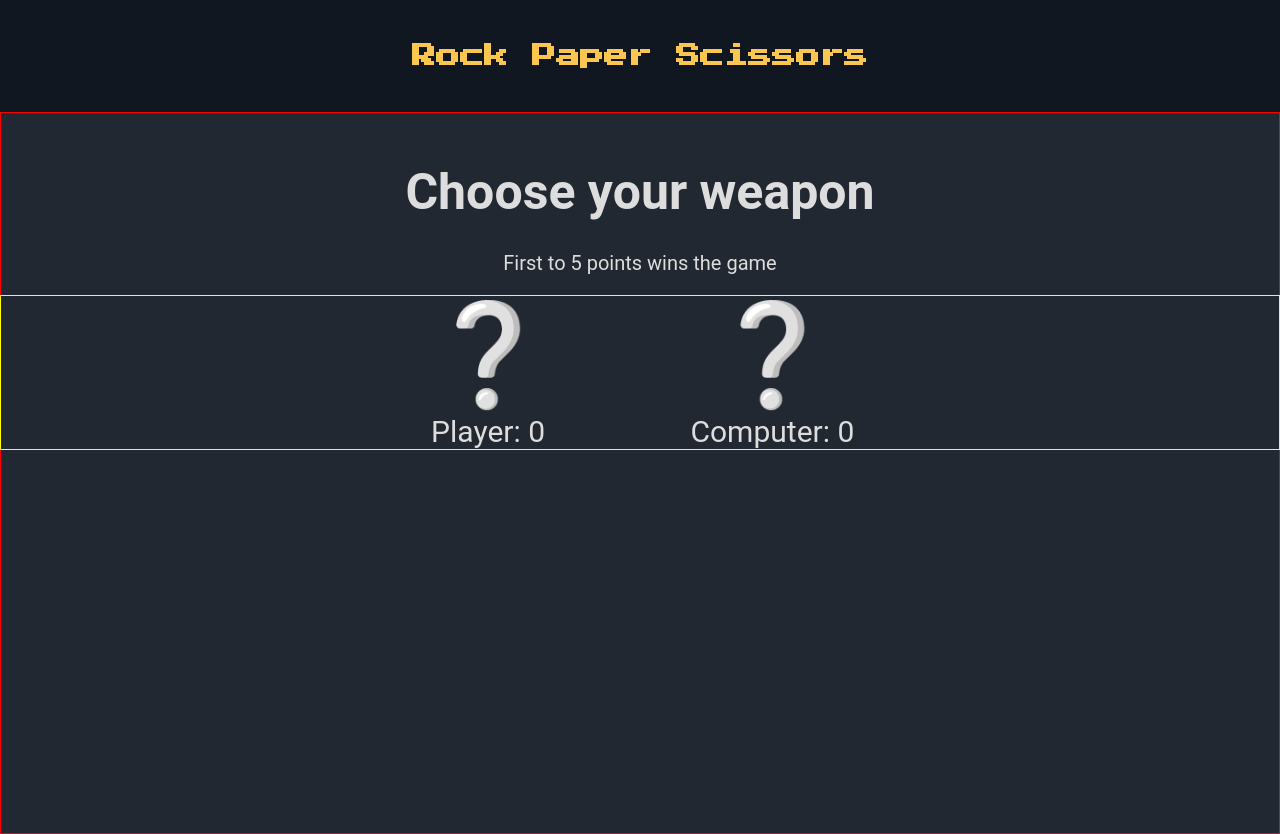
Repository: Aaryan-Poria/Rock-Paper-Scissors
Page: index.html
An editor plug-in stored every save of this project. The page is shown before and after the next save, followed by the edit.
The browser window is 1280 px wide. The pictures show the whole page.

Above is the page before, as saved 2023-08-22 23:03:16.

### index.html
<!DOCTYPE html>
<html lang="en">
  <head>
    <meta charset="UTF-8" />
    <meta name="viewport" content="width=device-width, initial-scale=1.0" />
    <title>Rock Paper Scissors</title>
    <link rel="preconnect" href="https://fonts.googleapis.com" />
    <link rel="preconnect" href="https://fonts.gstatic.com" crossorigin />
    <link
      href="https://fonts.googleapis.com/css2?family=Press+Start+2P&display=swap"
      rel="stylesheet"
    />
    <link rel="stylesheet" href="style.css" />
  </head>

  <body>
    <section class="head">
      <h2>Rock Paper Scissors</h2>
    </section>
    <section class="main">
      <div class="main-text">
        <h3>Choose your weapon</h3>
        <p>First to 5 points wins the game</p>
      </div>
      <div class="text-content">
        <div class="info player">
          <p class="qmark 1">❔</p>
          <p class="score 1">Player: 0</p>
        </div>
        <div class="info comp">
          <p class="qmark 2">❔</p>
          <p class="score 2">Computer: 0</p>
        </div>
      </div>
    </section>
  </body>
</html>

### style.css
body {
  margin: 0;
  padding: 0;
  display: flex;
  flex-direction: column;
  min-height: 100%;
  min-width: 100%;
}
.head {
  display: flex;
  justify-content: center;
  align-items: center;
  color: #fac650;
  background-color: #111720;
  font-family: "Press Start 2P", cursive;
  height: 7rem;
}
.main {
  display: flex;
  flex-grow: 1;
  height: 100vh;
  flex-direction: column;
  background-color: #222831;
  color: #dddddd;
  font-family: "Roboto", sans-serif;
  align-items: center;
  border: 1px solid red;
}

.main-text {
  /* border: 1px solid green; */
  display: flex;
  flex-direction: column;
  justify-content: center;
  align-items: center;
}
.main-text > h3 {
  font-size: 50px;
}
.main-text > p {
  font-size: 20px;
  margin-top: -20px;
}
.text-content {
  display: flex;
  width: 100%;
  border: 1px solid yellow;
  display: flex;
  font-size: 30px;
  justify-content: center;
  align-items: center;
  gap: 140px;
}
.info {
  display: flex;
  flex-direction: column;
  justify-content: center;
  align-items: center;
}
.qmark {
  margin: 0;
  padding: 0;
  font-size: 100px;
}
.score {
  margin: 0;
}

After the next save:
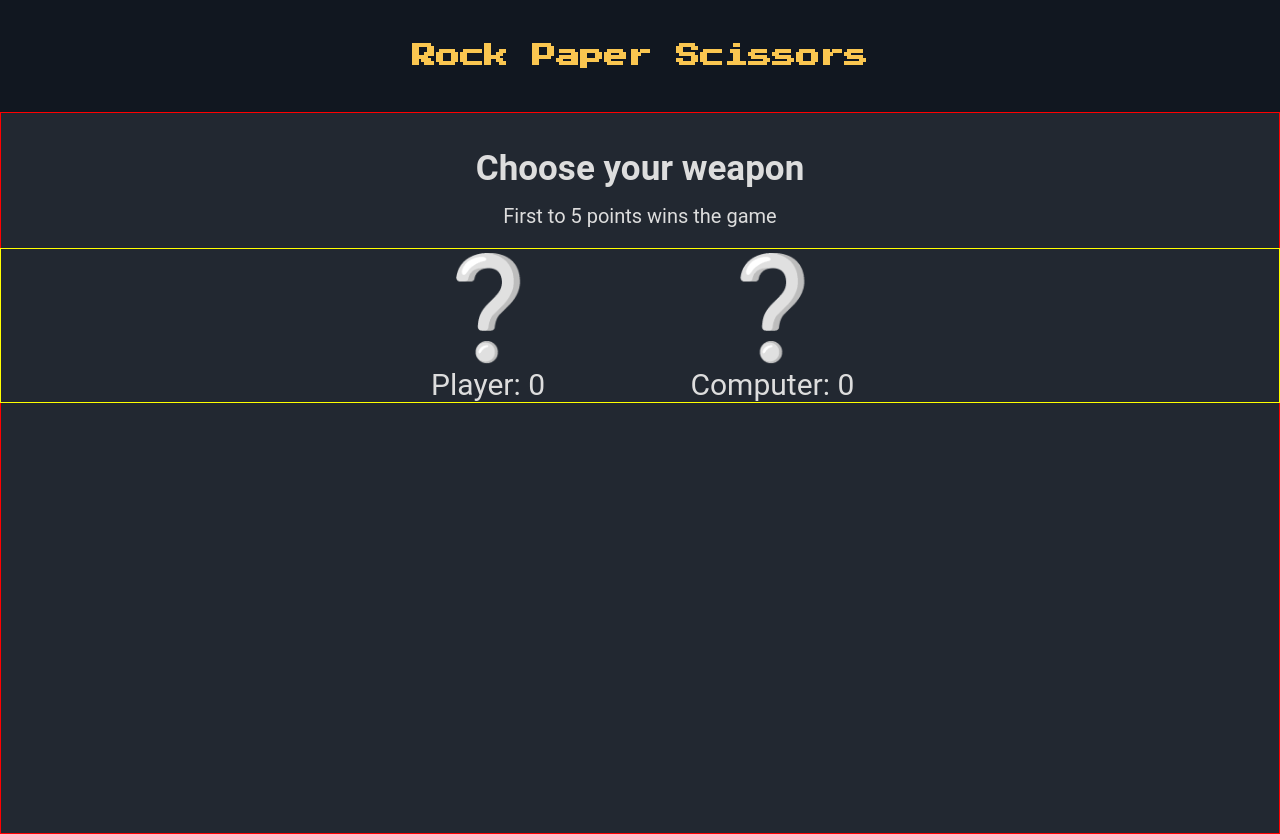
Saved 16 s later.
--- a/style.css
+++ b/style.css
@@ -35,7 +35,7 @@ body {
   align-items: center;
 }
 .main-text > h3 {
-  font-size: 50px;
+  font-size: 35px;
 }
 .main-text > p {
   font-size: 20px;
